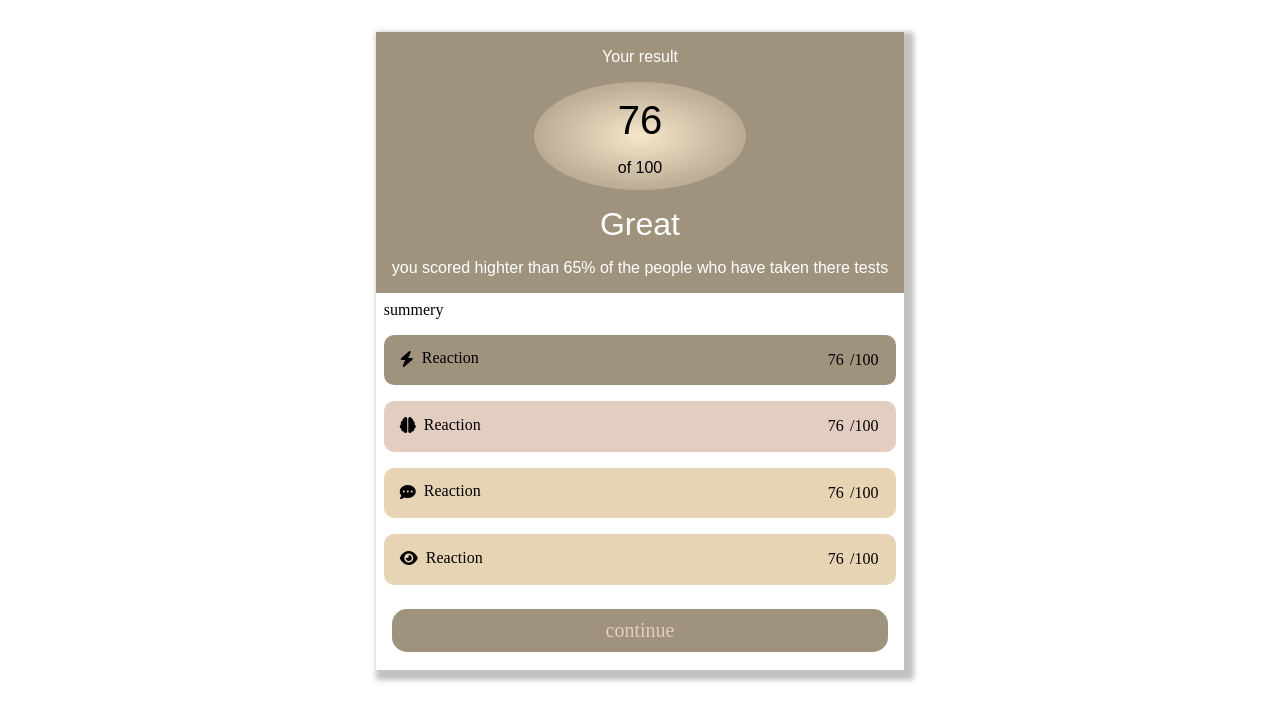
Repository: rahanwz/Card2-raha
Page: card2.html
These files come from the project's save history. The page is drawn as it stood at one moment and after a run of saves; the edit follows.
The browser window is 1280 px wide. The pictures show the whole page.
Some web fonts or font styles are not loaded; a fallback is used. Some web libraries are served in a nearby version.

Above is the page before, as saved 2024-02-21 16:37:39.

### card2.html
<!DOCTYPE html>
<html lang="en">
  <head>
    <meta charset="UTF-8" />
    <meta name="viewport" content="width=device-width, initial-scale=1.0" />
    <title>Document</title>
    <link rel="stylesheet" href="card2.css" />
    <script src="https://kit.fontawesome.com/7f69033cb8.js" crossorigin="anonymous"></script>

   <link rel="preconnect" href="https://fonts.googleapis.com">
<link rel="preconnect" href="https://fonts.gstatic.com" crossorigin>
<link href="https://fonts.googleapis.com/css2?family=Josefin+Sans:ital,wght@0,100..700;1,100..700&family=Protest+Riot&display=swap" rel="stylesheet">

</head>
  <body>
    <div class="container">
      <div class="card_container">
        <div class="top_card">
          <p style="color: #fff; font-family:Protest Riot, sans-serif;
  font-weight: 400;
  font-style: normal;">Your result</p>
          <div class="present">
            <p>76</p>
            <p>of 100</p>
          </div>
          <p style="padding-top: 1rem; color: #fff; font-family:Protest Riot, sans-serif;
  font-weight:300;
  font-style: normal;font-size: 2rem;">Great</p>
          <p class="describ" style="color: #fff">
            you scored highter than 65% of the people who have taken there tests
          </p>
        </div>
        <div class="bottom_card">
          <p>summery</p>
          <div class="box box1">
            <p
              style="
                border-top-left-radius: 10px;
                border-bottom-left-radius: 10px;
              "
            >
             <i class="fa-solid fa-bolt"></i> <span style="padding-top: .4rem;">Reaction</span>
            </p>
            <div class="number">
              <p
                style="
                  border-top-right-radius: 10px;
                  border-bottom-right-radius: 10px;
                  padding-top: 1rem;
                "
              >
                <span style="width: 50%; padding: 1rem; margin-top: -1rem"
                  >76</span
                ><span>/</span>100
              </p>
            </div>
          </div>
          <div class="box box2">
            <p
              style="
                border-top-left-radius: 10px;
                border-bottom-left-radius: 10px;

              "
            >
              <i class="fa-solid fa-brain icon"></i><span style="padding-top: .4rem;">Reaction</span>
            </p>
            <div class="number">
              <p
                style="
                  border-top-right-radius: 10px;
                  border-bottom-right-radius: 10px;
                   padding-top: 1rem;
                "
              >
                <span style="width: 50%; padding: 1rem; margin-top: -1rem"
                  >76</span
                ><span>/</span>100
              </p>
            </div>
          </div>

          <div class="box box3">
            <p
              style="
                border-top-left-radius: 10px;
                border-bottom-left-radius: 10px;

              "
            >
              <i class="fa-solid fa-comment-dots"></i> <span style="padding-top: .4rem;">Reaction</span>
            </p>
            <div class="number">
              <p
                style="
                  border-top-right-radius: 10px;
                  border-bottom-right-radius: 10px;
                   padding-top: 1rem;
                "
              >
                <span style="width: 50%; padding: 1rem; margin-top: -1rem"
                  >76</span
                ><span>/</span>100
              </p>
            </div>
          </div>
          <div class="box box3">
            <p
              style="
                border-top-left-radius: 10px;
                border-bottom-left-radius: 10px;

              "
            >
              <i class="fa-solid fa-eye"></i> <span style="padding-top: .4rem;">Reaction</span>
            </p>
            <div class="number">
              <p
                style="
                  border-top-right-radius: 10px;
                  border-bottom-right-radius: 10px;
                   padding-top: 1rem;
                "
              >
                <span style="width: 50%; padding: 1rem; margin-top: -1rem"
                  >76</span
                ><span>/</span>100
              </p>
            </div>
          </div>
        </div>
        <div class="box5">
          <a href="#">continue</a>
        </div>
      </div>
    </div>
  </body>
</html>

### card2.css
* {
  padding: 0;
  margin: 0;
  box-sizing: border-box;
}
body {
  display: flex;
  justify-content: center;
}
.container {
  padding: 2rem;
}
.card_container {
  box-shadow: 5px 5px 5px 5px #3e3e3e51;
}

.card_container {
  text-align: center;
  width: 100%;
}

.top_card :first-child {
  padding: 1rem;
}
.present :first-child {
  font-size: 2.5rem;

}

.present {
  height:15vh;
  width: 40%;
  border-radius: 100%;
  background: radial-gradient(#f6e6cb, #a0937d);
  margin: auto;
font-family: "Protest Riot", sans-serif;
  font-weight: 400;
  font-style: normal;
}
.describ {
  padding: 1rem;
  font-family: "Protest Riot", sans-serif;
  font-weight: 400;
  font-style: normal;

}

.top_card {
  background-color: #a0937d;
}

.bottom_card :first-child {
  padding:.5rem;
  display: flex;

}

.bottom_card .box {
  display: flex;
  padding: 0.5rem;
}

.box1 p {
  background-color: #a0937d;
  width: 100%;
  height:7vh;
  padding-right: 1rem;
}

.box2 p {
  background: #e3cdc1;
  width: 100%;
  height:7vh;
  padding-right: 1rem;
}
.box3 p {
  background: #e7d4b5;
  padding-right: 1rem;
  width: 100%;
  height:7vh;
}
.box4 p {
  background: #f6e6cb;
  width: 100%;
  height:7vh;
  padding-right: 1rem;
}

.number {
  display: flex;
}

a {
  align-items: center;
  height: 6vh;
  display: flex;
  margin: 1rem;
  justify-content: center;
  background-color: #a0937d;
  text-decoration: none;
  border-radius: 15px;
  font-size: 20px;
  color: #e3cdc1;
}

.box5 {
  height: 8.6vh;
  padding: auto;
}

After the next 4 saves:
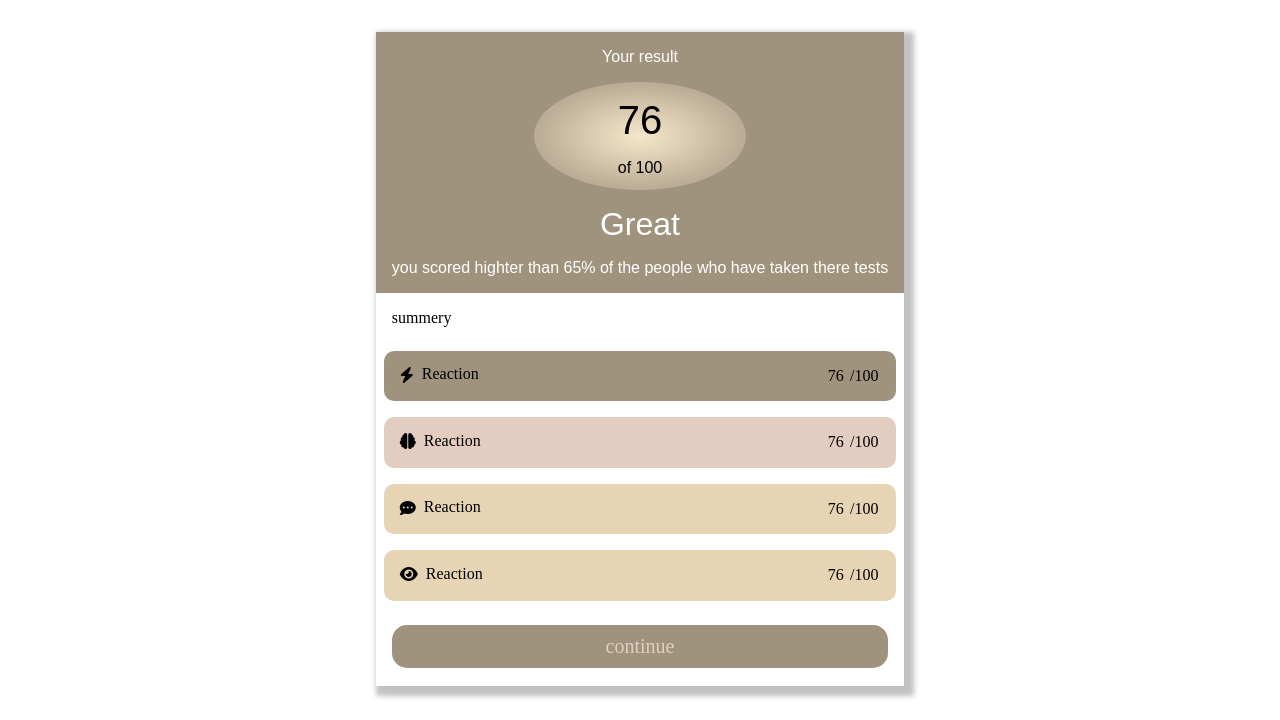
The 4 saves are shown as one change because they came seconds apart.
The last was saved 19 s later.
--- a/card2.html
+++ b/card2.html
@@ -31,7 +31,7 @@
           </p>
         </div>
         <div class="bottom_card">
-          <p>summery</p>
+          <p style="padding: 1rem;">summery</p>
           <div class="box box1">
             <p
               style="
